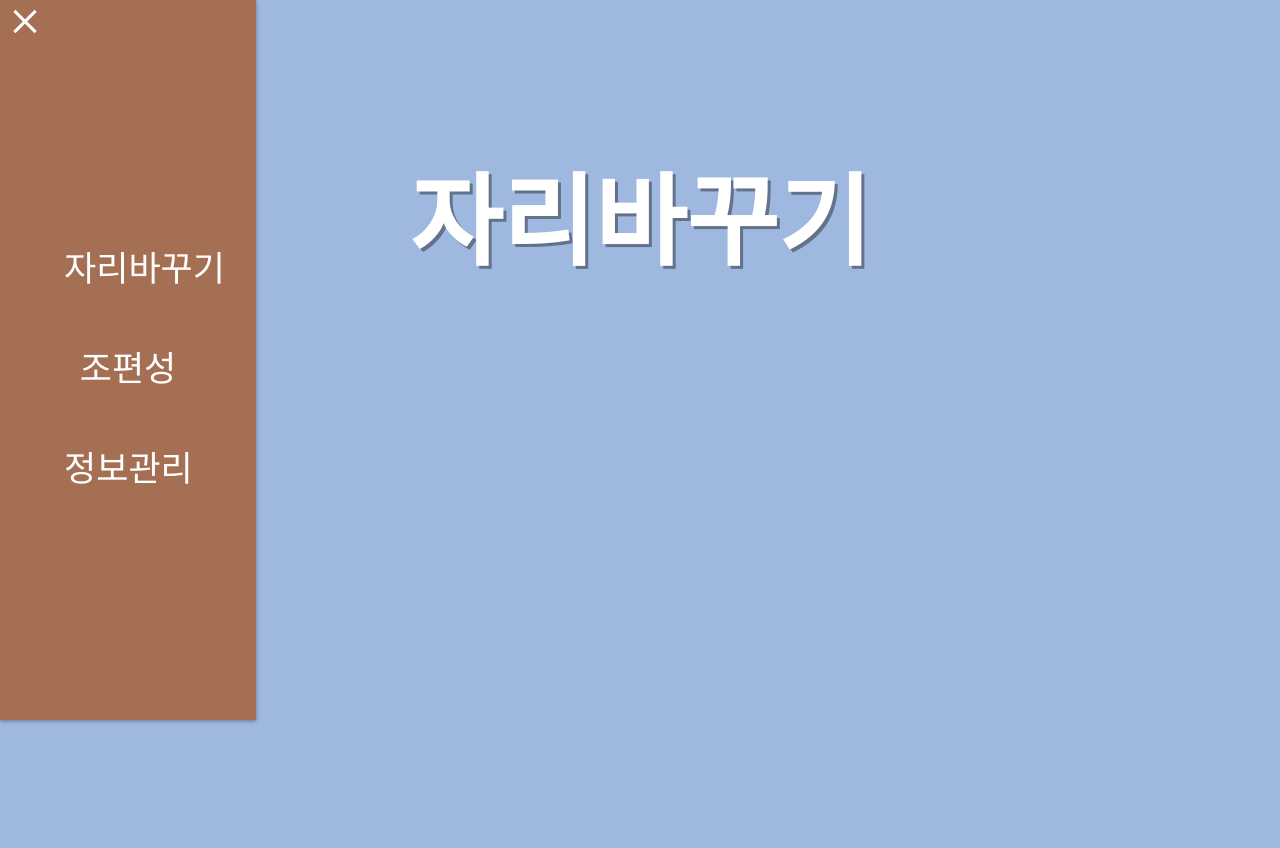
Repository: se-yoo/ChangeSeat
Page: http://localhost/ChangeSeat/main.jsp
These files come from the project's save history. The page is drawn as it stood at one moment and after the next save; the edit follows.
The browser window is 1280 px wide. The pictures show the whole page.
After loading, the first visible `div.wrap` was clicked once.
Some web libraries are served in a nearby version. The page is served by Tomcat 9.

Above is the page before, as saved 2018-06-25 05:43:28.

After the next save:
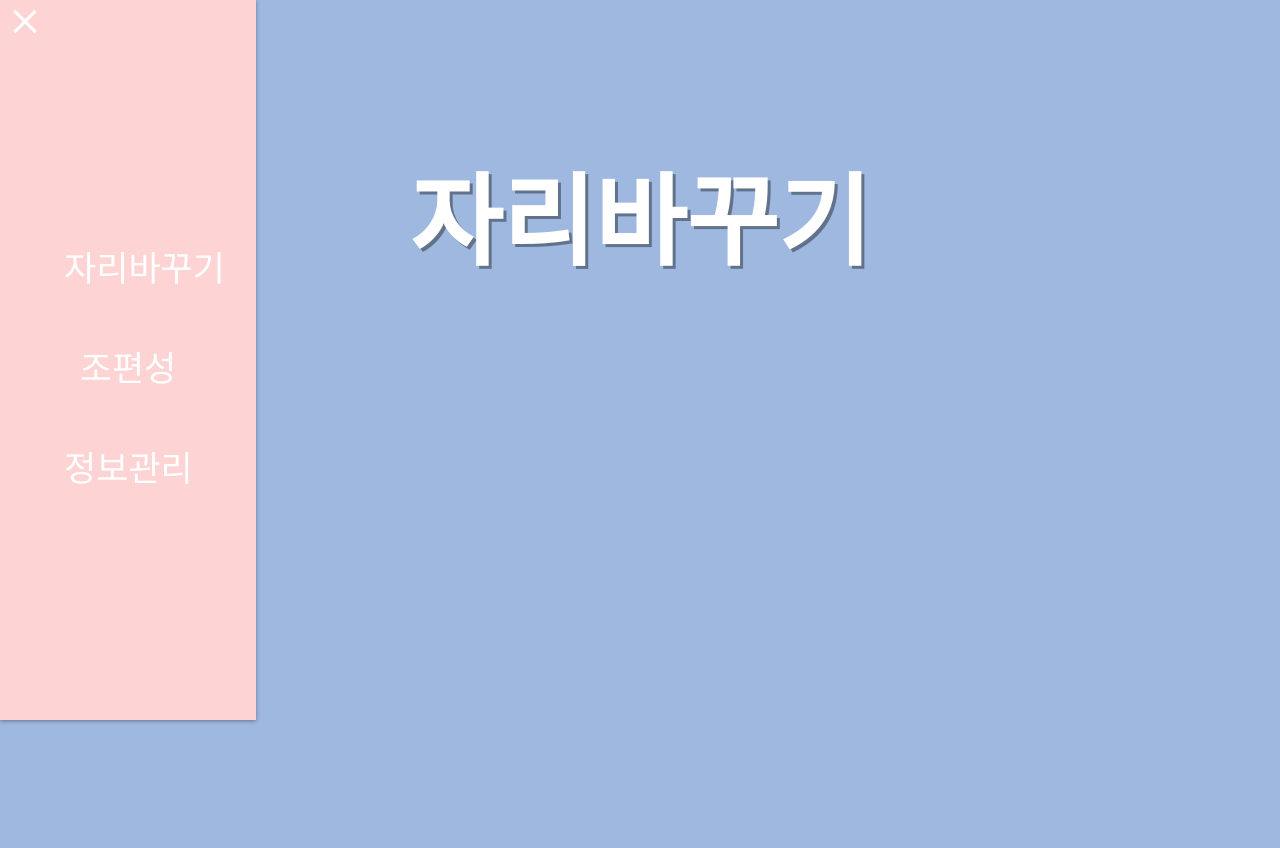
Saved 16 s later.
--- a/ChangeSeat/WebContent/style.css
+++ b/ChangeSeat/WebContent/style.css
@@ -57,7 +57,7 @@ top:20px;
   z-index: 80;
   box-shadow: 0 1px 4px 0 rgba(0,0,0,0.37);
   top:0;
-  background-color: #a56f53;
+  background-color: #fdd3d3;
   transition: all .5s ease-in-out;
 }
 .sidebtn {
